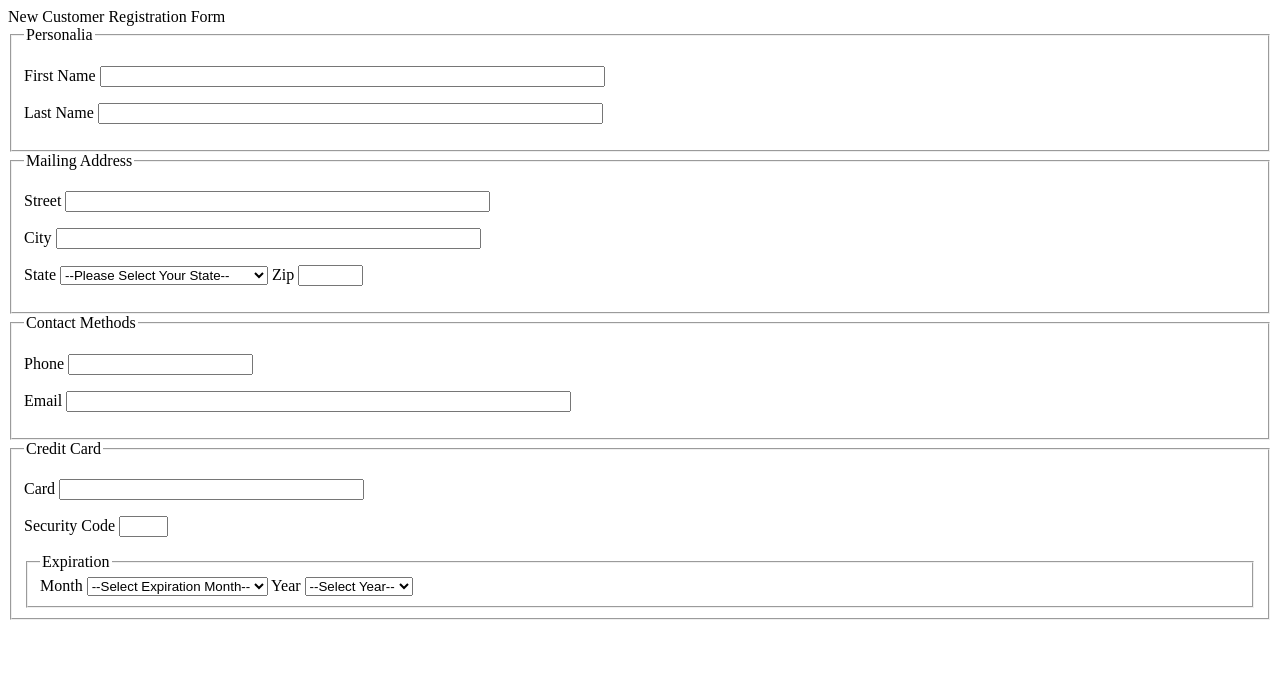
Repository: banjilawal/htdocs
Page: http://localhost/controls/new_customer-form.php
The author's editor kept a copy of each file at every save. The page is drawn from the files as they stood at one save, then again after the next save.
The browser window is 1280 px wide. The pictures show the whole page.
The page is run by PHP 8.4 with error messages shown; the project is at /var/www/html/.

Above is the page before, as saved 2022-03-26 23:57:16.

### shop-0.01/controls/new_customer-form.php
<?php
    require('../models/customer.php');

    #$customer = new Customer();
?>

<!DOCTYPE html>
<html lang="en-us">
<head>
    <meta name="viewport" content="width=device-width, initial-scale=1.0">
    <!--<link rel="stylesheet" type="text/css" href="style.css" media=”screen"/> -->
    <!--<script type="text/javascript" src="script.js"></script> -->
    <!--<script type="text/php" src="script.php"></script> -->

    <title>New Customer Registration</title>
</head>

<body>
<header>
    <hi>New Customer Registration Form</hi>
</header>

<nav>
</nav>
<main>
    <form id='new-customer-form' name='new-customer-form' method="post">
        <fieldset><legend>Personalia</legend>
            <p>
                <label for='firstname'> First Name </label>
                <input type="text" id="firstname" name="firstname" minlength="2" maxlength="50" size="60" pattern="[A-Z]+" required>
            </p>
            <p>
                <label for="lastname"> Last Name </label>
                <input type="text" id="lastname" name="lastname" minlength="2" maxlength="50" size="60" pattern="[A-Z]+" required>
            </p>
        </fieldset>

        <fieldset><legend>Mailing Address</legend>
            <p>
                <label for="street">Street </label>
                <input type="text" id="street" name="street" minlength="2" maxlength="60" size="50" required>
            </p>
            <p>
                <label for="city">City </label>
                <input type="text" id="city" name="city" minlength="2" maxlength="70" size="50" required>
            </p>
            <p>
                <label for="state"> State </label>
                <select id="state" name="state" required>
                    <option value="" selected>--Please Select Your State--</option>
                    <option value="AL">Alabama</option>
                    <option value="AK">Alaska</option>
                    <option value="AS">American Samoa</option>
                    <option value="AZ">Arizona</option>
                    <option value="AR">Arkansas</option>
                    <option value="AA">Armed Forces Americas</option>
                    <option value="AE">Armed Forces Europe</option>
                    <option value="AP">Armed Forces Pacific</option>
                    <option value="CA">California</option>
                    <option value="CO">Colorado</option>
                    <option value="CT">Connecticut</option>
                    <option value="DE">Delaware</option>
                    <option value="DC">District of Columbia</option>
                    <option value="FM">Federated States of Micronesia</option>
                    <option value="FL">Florida</option>
                    <option value="GA">Georgia</option>
                    <option value="GU">Guam</option>
                    <option value="HI">Hawaii</option>
                    <option value="ID">Idaho</option>
                    <option value="IL">Illinois</option>
                    <option value="IN">Indiana</option>
                    <option value="IA">Iowa</option>
                    <option value="KS">Kansas</option>
                    <option value="KY">Kentucky</option>
                    <option value="LA">Louisiana</option>
                    <option value="ME">Maine</option>
                    <option value="MH">Marshall Islands</option>
                    <option value="MD">Maryland</option>
                    <option value="MA">Massachusetts</option>
                    <option value="MI">Michigan</option>
                    <option value="MN">Minnesota</option>
                    <option value="MS">Mississippi</option>
                    <option value="MO">Missouri</option>
                    <option value="MT">Montana</option>
                    <option value="NE">Nebraska</option>
                    <option value="NV">Nevada</option>
                    <option value="NH">New Hampshire</option>
                    <option value="NJ">New Jersey</option>
                    <option value="NM">New Mexico</option>
                    <option value="NY">New York</option>
                    <option value="NC">North Carolina</option>
                    <option value="ND">North Dakota</option>
                    <option value="MP">Northern Mariana Islands</option>
                    <option value="OH">Ohio</option>
                    <option value="OK">Oklahoma</option>
                    <option value="OR">Oregon</option>
                    <option value="PW">Palau</option>
                    <option value="PA">Pennsylvania</option>
                    <option value="PR">Puerto Rico</option>
                    <option value="RI">Rhode Island</option>
                    <option value="SC">South Carolina</option>
                    <option value="SD">South Dakota</option>
                    <option value="TN">Tennessee</option>
                    <option value="TX">Texas</option>
                    <option value="UT">Utah</option>
                    <option value="VT">Vermont</option>
                    <option value="VI">Virgin Islands</option>
                    <option value="VA">Virginia</option>
                    <option value="WA">Washington</option>
                    <option value="WV">West Virginia</option>
                    <option value="WI">Wisconsin</option>
                    <option value="WY">Wyoming</option>
                </select>

                <label for="zip"> Zip </label>
                <input type="text" id="zip" name="zip" maxlength="5" minlength="5" size="5" pattern="[0-9]{5}" required>
            </p>
        </fieldset>

        <fieldset><legend>Contact Methods</legend>
            <p>
                <label for="phone">Phone</label>
                <input type="tel">
            </p>

            <p>
                <label>Email</label>
                <input type="email" size="60" required>
            </p>
        </fieldset>

        <fieldset><legend>Credit Card</legend>
            <p>
                <label for="card">Card</label>
                <input type="text" id="card" name="card" minlength="15" maxlength="25" size="35">
            </p>

            <p>
                <label for="code">Security Code</label>
                <input id="code" name="code" type="text" minlength="3" maxlength="3" size="3" pattern="[0-9]{3}" required>
            </p>

            <fieldset><legend>Expiration</legend>
                <label for="month">Month</label>
                <select>
                    <option value="" select>--Select Expiration Month--</option>
                    <option value="1">January</option>
                    <option value="2">February</option>
                    <option value="3">March</option>
                    <option value="4">April</option>
                    <option value="5">May</option>
                    <option value="6">June</option>
                    <option value="7">July</option>
                    <option value="8">August</option>
                    <option value="9">September</option>
                    <option value="10">October</option>
                    <option value="11">November</option>
                    <option value="12">December</option>
                </select>

                <label for="year">Year</label>
                <select>
                    <option value="" select>--Select Year--</option>
                    <option value="22">22</option>
                    <option value="23">23</option>
                    <option value="24">24</option>
                    <option value="25">25</option>
                    <option value="26">26</option>
                    <option value="27">27</option>
                    <option value="28">28</option>
                    <option value="29">29</option>
                    <option value="00">30</option>
                    <option value="01">31</option>
                    <option value="02">32</option>
                    <option value="03">33</option>
                </select>
            </fieldset>
        </fieldset>

        <fi

        <input type="submit" value="Submit">
    </form>
</main>

<footer>
</footer>
</body>
<html>

### shop-0.01/models/customer.php
<?php
    #require_once('creditcard.php');
    require_once('address.php');
    require_once('phone.php');
    require_once('creditcard.php');

    class Customer {
        private $firstname;
        private $lastname;
        private $birthdate;
        private $phone;
        private $email;
        private $address;

        private $id;
        private $card;

        public function __construct($firstname, $lastname, $phone, $email, $address) {

            if (get_class($address) != 'PostalAddress') {
                throw new Exception("address is not of the correct type");
            }

            if (get_class($phone) != 'Phone') {
                throw new Exception("Not a valid phone number", 1);
            }

            $this->firstname = $firstname;
            $this->lastname = $lastname;
            #$this->birthdate = $birthdate;
            $this->phone = $phone;
            $this->email = $email;
            $this->address = $address;
        }

        public function get_firstname () { return $this->firstname; }
        public function get_lastname () { return $this->lastname; }
        public function get_birthdate () { return $this->birthdate; }
        public function get_phone () { return $this->phone; }
        public function get_email () { return $this->email; }
        public function get_address () { return $this->adddress; }

        public function set_firstname ($name) { $this->firstname = $name; }
        public function set_lastname ($name) { $this->lastname = $name; }
        public function set_birthdate ($date) { $this->birthdate = $date; }
        public function set_email ($email) { $this->email = $email; }

        public function set_phone ($phone) {
            if (get_class($phone) != 'Phone')
                throw new Exception("Not a valid phone number");

            $this->phone = $phone;
        }

        public function set_address ($address) {
            if (get_class($address) != 'PostalAddress')
                throw new Exception("address is not of the correct type");

            $this->address = $address;
        }

        public function set_card ($card) {
            if (get_class($card) != 'CreditCard')
                throw new Exception("Not a valid credit card");

            $this->card = $card;
        }

        public function set_id ($id) { $this->id = $id; }


        public function __toString() {
           $string = 'firstname: ' . $this->firstname . '<br>' . PHP_EOL;
           $string .= 'lastname: ' . $this->lastname . '<br>' . PHP_EOL;
          # $string .= 'birthdate: ' . $this->birthdate . '<br>' . PHP_EOL;
           $string .= 'phone: ' . $this->phone . '<br>' . PHP_EOL;
           $string .= 'email: ' . $this->email . '<br>' . PHP_EOL;
           $string .= 'address: ' . $this->address . '<br>' . PHP_EOL;
           $string .= 'card: ' . $this->card . '<br>' . PHP_EOL;

           return $string;
        }

    } // end class Customer

    $date = new ExpirationDate(11, 26);
    $code = new SecurityCode(352);
    $card = new CreditCard('5043-55422-2462-8632', $date, $code);
    #echo $card;

    $phone = new Phone('236', '155','1825');
    $address = new PostalAddress('11681 Theatre Drive North', 'Champlin', 'MN', '55316');

    $customer = new Customer('Hannia', 'Free', $phone, 'hannia-free@aim.com', $address);
    $customer->set_id('CN-38-VDL-M7');
    $customer->set_card($card);

 #   echo $customer;
?>

### shop-0.01/models/address.php
<?php
    class PostalAddress {
        private $street;
        private $city;
        private $state;
        private $zip;

        public function __construct($street, $city, $state, $zip) {
            $this->street = $street;
            $this->city = $city;
            $this->state = $state;
            $this->zip = $zip;
        }

        public function get_street () { return $this->street; }
        public function get_city () { return $this->city; }
        public function get_state () { return $this->state; }
        public function get_zip () { return $this->zip; }
        public function get_card () { return $this->card; }

        public function set_street ($street) { $this->street = $street; }
        public function set_city ($city) { $this->city = $city; }
        public function set_state ($state) { $this->state = $state; }
        public function set_zip ($zip) { $this->zip = $zip; }

        public function __toString () {
            return $this->street . ' ' . $this->city . ', ' . $this->state . ' ' . $this->zip;
        }

    } // end class StreetAddress
  #  $address = new PostalAddress('250 Turners Crossroad South', 'Golden Valley', 'MN', '55416');

  #  echo $address . '\n' .  gettype($address) . '\n' . get_class($address);
?>

### shop-0.01/models/phone.php
<?php
    class Phone {
        private $areaCode;
        private $exchange;
        private $number;

        public function __construct($areaCode, $exchange, $number) {
            if ($this->validate_code($areaCode) == 'fail') {
                throw new Exception("not a valid area code", 1);
            }

            if ($this->validate_code($exchange) == 'fail') {
                throw new Exception("not a valid phone exchange", 1);
            }

            if ($this->validate_number($number) == 'fail') {
                throw new Exception("not a valid extension", 1);
            }

            $this->areaCode = $areaCode;
            $this->exchange = $exchange;
            $this->number = $number;
        }

        public function get_street () { return $this->street; }
        public function get_city () { return $this->city; }
        public function get_state () { return $this->state; }
        public function get_zip () { return $this->zip; }
        public function get_card () { return $this->card; }

        public function set_area_code ($areaCode) {
            if ($this->validate_code($areaCode) == 'fail') {
                throw new Exception("not a valid area code", 1);
            }
            $this->areaCode = $areaCode;
        }

        public function set_exchange ($exchange) {
            if ($this->validate_code($exchange) == 'fail') {
                throw new Exception("not a valid phone exchange", 1);
            }
            $this->exchange = $exchange;
        }

        public function set_number ($number) {
            if ($this->validate_number($number) == 'fail') {
                throw new Exception("not a valid extension", 1);
            }
            $this->number = $number;
        }

        public function __toString () {
            return '(' . $this->areaCode . ') ' . $this->exchange . '-' . $this->number;
        }

        private function validate_code($var) {
            $result = 'fail';

            if (is_string($var)) {
                if ((is_numeric($var) && (strlen($var) == 3)))
                    $result = 'pass';
            }

            if (is_int($var)) {
                if (strlen((string)$var) == 3)
                    $result = 'pass';
            }

            return $result;
        }

        private function validate_number($var) {
            $result = 'fail';

            if (is_string($var)) {
                if ((is_numeric($var) && (strlen($var) == 4)))
                    $result = 'pass';
            }

            if (is_int($var)) {
                if (strlen((string)$var) == 4)
                    $result = 'pass';
            }

            return $result;
        }


    } // end class Phone
$phone = new Phone('340', 679, 8013);
#echo $phone;
?>

### shop-0.01/models/creditcard.php
<?php
    class ExpirationDate {
        private $month;
        private $year;

        public function __construct($month, $year) {
            if ($month < 1 || $month > 12) {
                throw new Exception("not a valid month");

            }

            if ($year < 0 || $year > 99) {
                throw new Exception("Not a valid expiration year");
            }

            $this->month = $month;
            $this->year = $year;
        }

        public function get_month () { return $this->month; }
        public function get_year () { return $this->year; }

        public function set_month ($number) {
            if ($number < 1 || $number> 12) {
                throw new Exception("not a valid expiration month");
            }
            $this->month = $number;
        }

        public function set_year ($number) {
            if ($number < 0 || $number> 99) {
                throw new Exception("not a valid expiration year");
            }
            $this->year = $number;
        }

        public function __toString() {
            return ($this->number_string($this->month) . '/' . $this->number_string($this->year));
          # return '[' . $this->month . ' ' . $this->year . ']';
          # return ('' . $this->get_month() . '/' . $this->get_year());
        }

        private function number_string($number) {
            $text = '' . $number;

            if ($number < 10) $text = '0' . $number;

            return $text;
        }
    } // end class ExpirationDate


    class SecurityCode {
        private $code;

        public function __construct($var) {
            if (is_numeric($var) == false)
                throw new Exception("security code is not a number");

            if (strlen((string)$var) != 3)
                throw new Exception("incorrect security code length");

            $this->code = $var;
        }

        public function get_code () { return $this->code; }

        public function __toString() {
            $text = '' . $this->code;
            return $text;
        }
    }

    class CreditCard {
        private $number;
        private $expiration;
        private $securityCode;

        public function __construct($number, $date, $code) {
            if (get_class($date) != 'ExpirationDate') {
                throw new Exception("date is not an expiration date");
            }

            if (get_class($code) != 'SecurityCode') {
                throw new Exception("code is not a valid credit card security code");
            }

            $this->number = $number;
            $this->expiration = $date;
            $this->securityCode = $code;
        }

        public function get_number () { return $this->number; }
        public function get_expiration () { return $this->expiration; }
        public function get_security_code () { return $this->securityCode; }

        public function set_number ($number) { $this->number = $number; }

        public function set_expiration ($date) {
            if (get_class($date) != 'ExpirationDate')
                throw new Exception("date is not an expiration date");

            $this->expiration = $date;
        }

        public function set_security_code ($code) {
            if (get_class($code) != 'SecurityCode')
                throw new Exception("code is not a valid credit card security code");

            $this->securityCode = $code;
        }

        public function __toString() {
            return 'number: ' . $this->number . ', expiration: ' . $this->expiration . ', security code: ' . $this->securityCode;
        }

        private function validate_number($var) {
            $result = 'fail';

            if (is_string($var)) {
                if ((is_numeric($var) && (strlen($var) == 3)))
                    $result = 'pass';
            }

            if (is_int($var)) {
                if (strlen((string)$var) == 3)
                    $result = 'pass';
            }

            return $result;
        }

        private function validate_securityCode($var) {
            $result = 'fail';

            if (is_string($var)) {
                if ((is_numeric($var) && (strlen($var) == 3)))
                    $result = 'pass';
            }

            if (is_int($var)) {
                if (strlen((string)$var) == 3)
                    $result = 'pass';
            }

            return $result;
        }
    } // end CreditCard class
?>

After the next save:
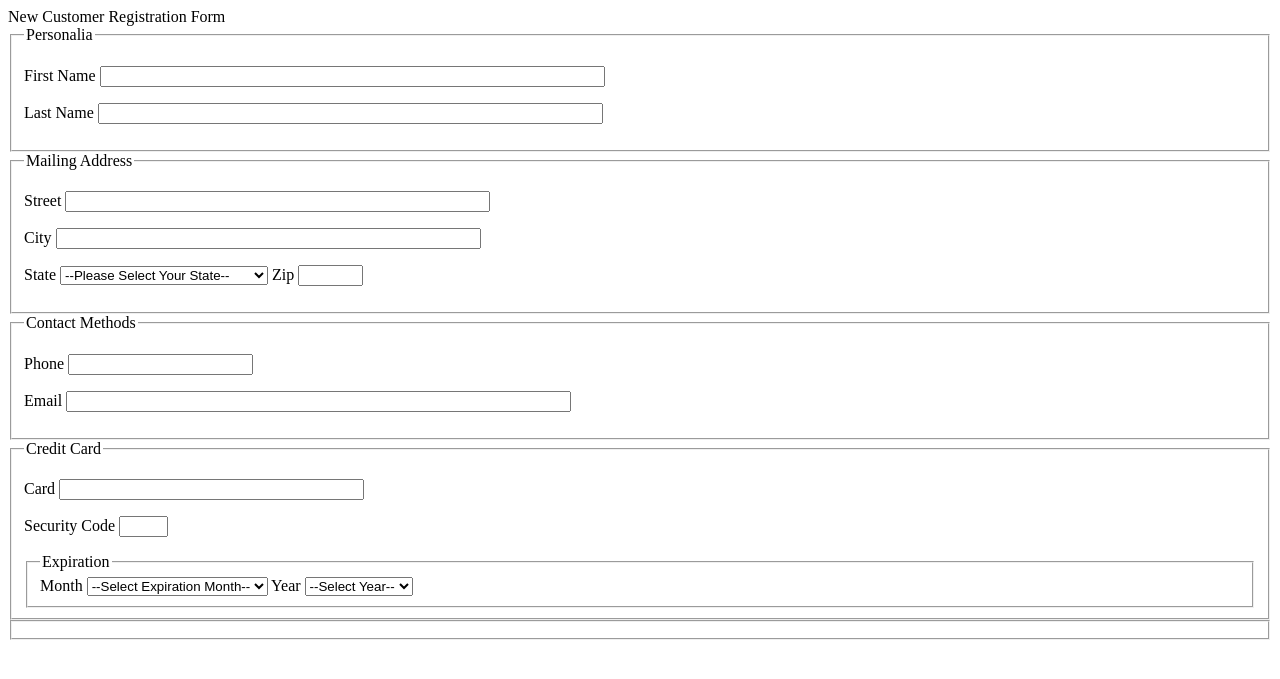
Saved 2 s later.
--- a/shop-0.01/controls/new_customer-form.php
+++ b/shop-0.01/controls/new_customer-form.php
@@ -177,7 +177,7 @@
             </fieldset>
         </fieldset>
 
-        <fi
+        <fieldset
 
         <input type="submit" value="Submit">
     </form>
